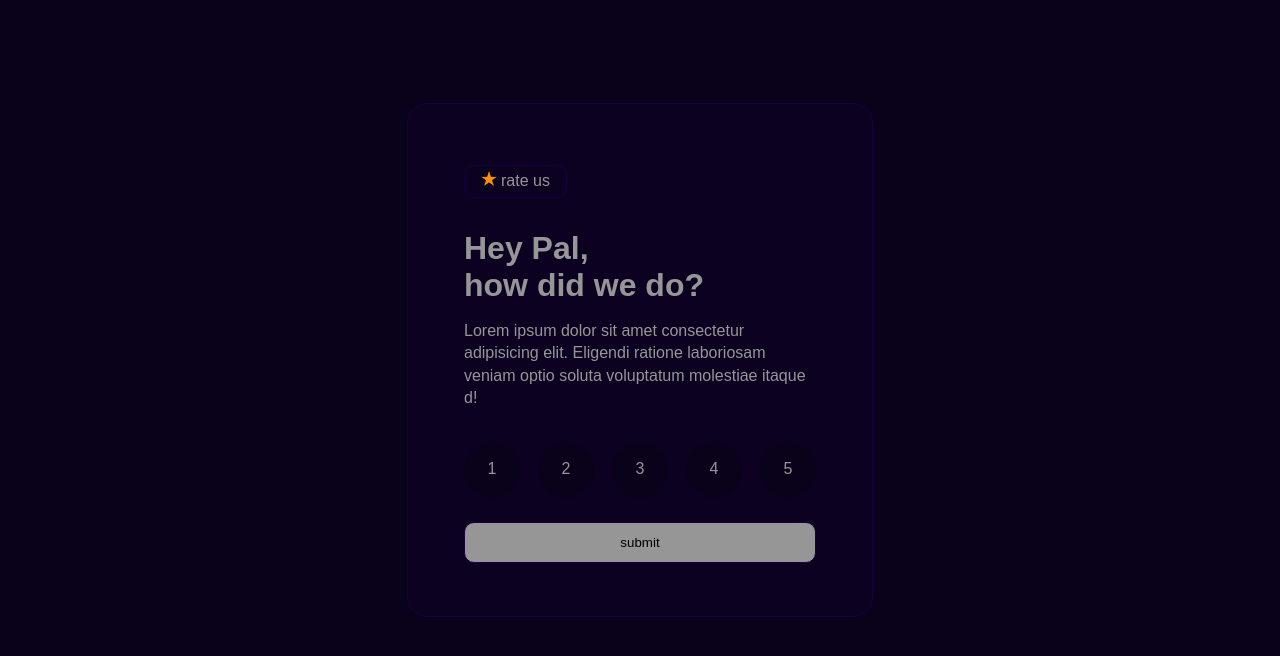
Repository: russel-success/xcodepp-TASK-2
Page: index.html
The author's editor kept a copy of each file at every save. The page is drawn from the files as they stood at one save, then again after a run of saves.
The browser window is 1280 px wide. The pictures show the whole page.

Above is the page before, as saved 2024-05-27 09:21:28.

### index.html
<!DOCTYPE html>
<html lang="en">
<head>
    <meta charset="UTF-8">
    <meta name="viewport" content="width=device-width, initial-scale=1.0">
    <link rel="stylesheet" href="styles/styles.css">
    <title>Ratings</title>
</head>
<body>
    <div class="container">
        <div class="card-container">
            <div class="rate-us">
                <span><img src="assets/star.png" alt=""></span><span><p>rate us</p></span>
            </div>
            <div class="body-text-container">
                <h1>Hey Pal,<br> how did we do?</h1>
                <p class="body-text">Lorem ipsum dolor sit amet consectetur adipisicing elit. Eligendi ratione laboriosam veniam optio soluta voluptatum molestiae itaque d!</p>
            </div>
            <div class="ratings-container">
                <div class="rating">1</div>
                <div class="rating">2</div>
                <div class="rating">3</div>
                <div class="rating">4</div>
                <div class="rating">5</div>
            </div>
            <div class="button-container"><button class="submit">submit</button></div>
        </div>
    </div>
    <script src="script.js"></script>
</body>
</html>

### styles/styles.css
:root{
    --prim-purple:rgb(8, 1, 30);
    --headline:Arial, Helvetica, sans-serif;
}
*{
    padding:0;
    margin:0;
}
.container{
    background:rgb(10, 1, 27);
    width:100vw;
    height:100vh;
    display:flex;
    justify-content: center;
    align-items: center;
}
.card-container{
    width:30%;
    min-width:240px;
    height:60%;
    min-height:250px;
    box-sizing:content-box;
    padding:40px;
    margin:24px;
    border-radius: 20px;
    border:1px solid rgb(23, 0, 63);
    background:rgb(13, 1, 34);
    color:rgb(150, 150, 150);
    font-family:Arial, Helvetica, sans-serif;
    line-height: 1.4rem;
    font-weight:100;
    display:flex;
    /* align-items:center; */
    justify-content: center;
    flex-direction:column;
}
.rate-us{
    display: flex;
    justify-content:left;
    align-items: center;
    gap:4px;
    margin:16px;
    padding:4px 16px;
    border:1px solid rgb(23, 0, 63);
    border-radius:10px;
    width:fit-content;
    height:fit-content;
}
.rate-us img{
    width:16px;
}
.body-text-container{
    width:fit-content;
    height:fit-content;
    padding:16px;
    display:flex;
    flex-direction: column;
    gap:16px;
}
h1{
    line-height: normal;
    font-weight:700;
}
.body-text{
    color:inherit;
}
.ratings-container{
    display:flex;
    justify-content:space-between;
    align-items: center;
    width:auto;
    height:56px;
    /* border:1px solid white; */
    margin:16px;
}
.rating{
    /* border:1px solid white; */
    width:56px;
    height:56px;
    /* min-width:40px;
    min-height:40px; */
    text-align:center;
    align-content:center;
    border-radius:28px;
    background:rgb(10, 1, 27);
    color:rgb(150, 150, 150);
    transition:background 0.3s ease;
    cursor:pointer;
}
.rating:hover{
    background:rgb(150, 150, 150);
    color:rgb(13, 1, 34);
}

.chosen-rating{
    background:rgb(255, 145, 0);
    color:rgb(13, 1, 34);
}
.button-container{
    display:flex;
    justify-content:center;
    align-items: center;
    width:auto;
    height:auto;
    padding:8px 16px;
}
.submit{
    width:100%;
    height:fit-content;
    padding:12px 0;
    border-radius:10px;
    border:1px solid rgb(23, 0, 63);
    background:rgb(150, 150, 150);
    transition:background 0.2s ease;
    cursor:pointer;
}
@media screen and (max-width:360px){
   text{
    font-size:0.9rem;
   }
   .card-container{
    height:40%;
    padding:32px;
    box-sizing:content-box;
   }
   .rating{
    width:40px;
    height:40px;
    border-radius:20px;
    font-size:0.8rem;
   }
}

### script.js
var ratings=document.querySelectorAll(".rating");
const submit_btn=document.querySelector(".submit");
console.log(ratings[1].textContent);
ratings.forEach(element=>{
    element.addEventListener("click",()=>{
        ratings.forEach(element=>{
            element.classList.remove('chosen-rating');
        })
        element.classList.add('chosen-rating');
       for(var i=0; i<element.textContent; i++){
        ratings[i].classList.add('chosen-rating');
       }
       submit_btn.style.background="rgb(255, 145, 0)";
    });

});

After the next 2 saves:
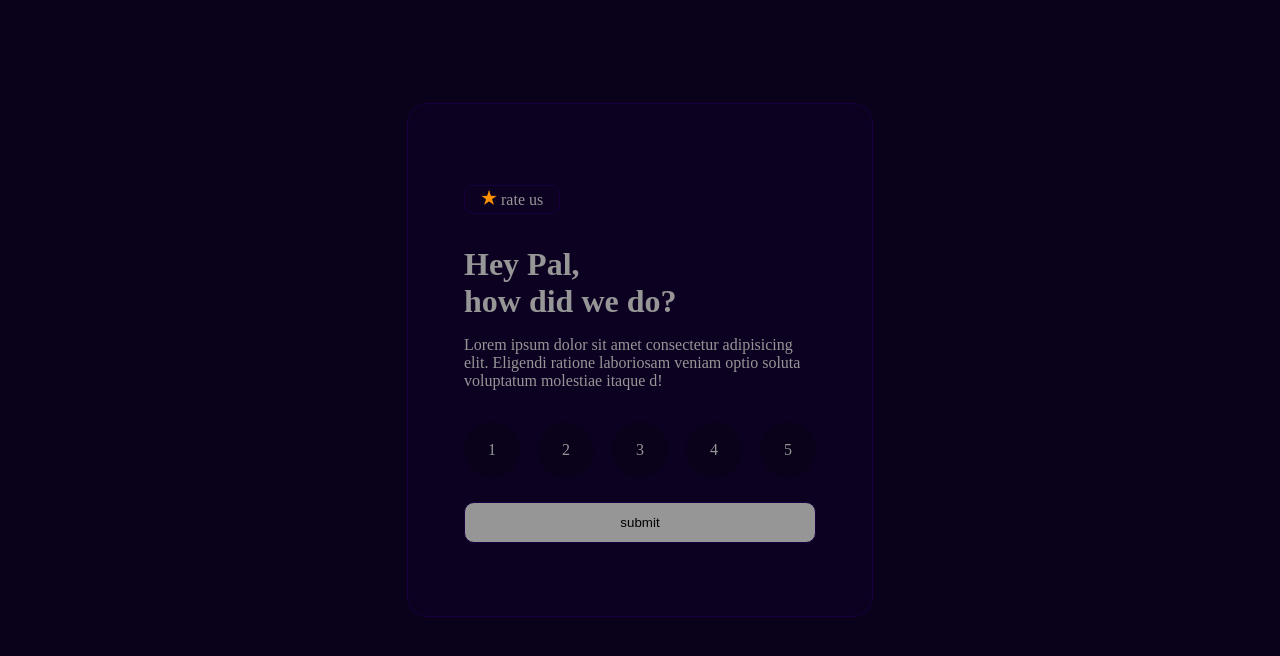
The 2 saves are shown as one change because they came seconds apart.
The last was saved 19 s later.
--- a/styles/styles.css
+++ b/styles/styles.css
@@ -26,7 +26,7 @@
     border:1px solid rgb(23, 0, 63);
     background:rgb(13, 1, 34);
     color:rgb(150, 150, 150);
-    font-family:Arial, Helvetica, sans-serif;
+    font-family:--headline
     line-height: 1.4rem;
     font-weight:100;
     display:flex;

After the 4 saves that followed:
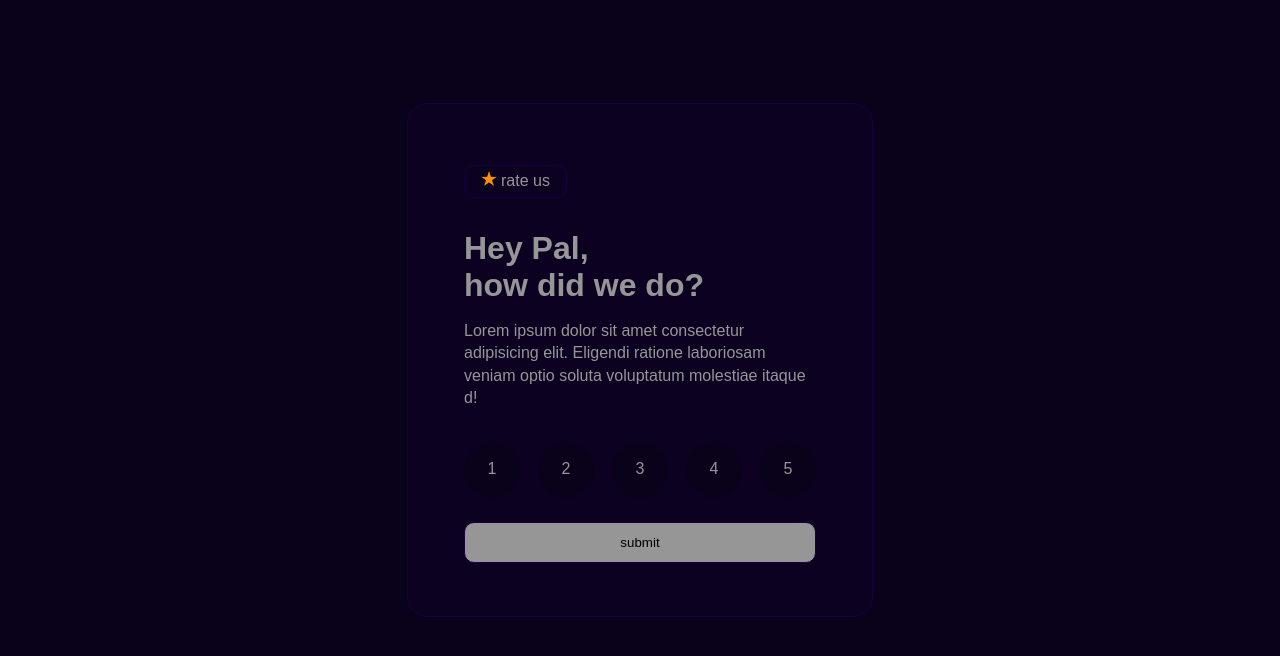
The 4 saves are shown as one change because they came seconds apart.
The last was saved 12 s later.
--- a/styles/styles.css
+++ b/styles/styles.css
@@ -26,7 +26,7 @@
     border:1px solid rgb(23, 0, 63);
     background:rgb(13, 1, 34);
     color:rgb(150, 150, 150);
-    font-family:--headline
+    font-family:var(--headline);
     line-height: 1.4rem;
     font-weight:100;
     display:flex;
